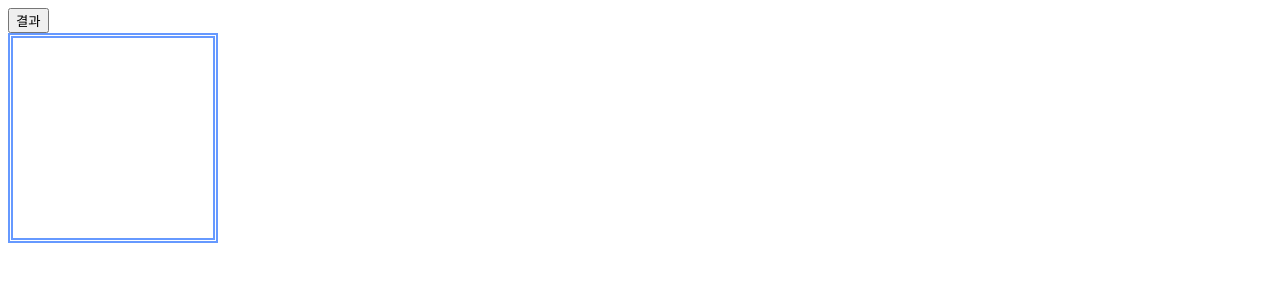
Repository: Tak-kuen/18-2
Page: http://localhost/studyjsp/ajax/jQTest8.jsp
An editor plug-in stored every save of this project. The page is shown before and after the next save, followed by the edit.
The browser window is 1280 px wide. The pictures show the whole page.
After loading, the first visible `#b1` was clicked once.
The page is served by Tomcat 9.

Above is the page before, as saved 2018-10-25 01:37:03.

After the next save:
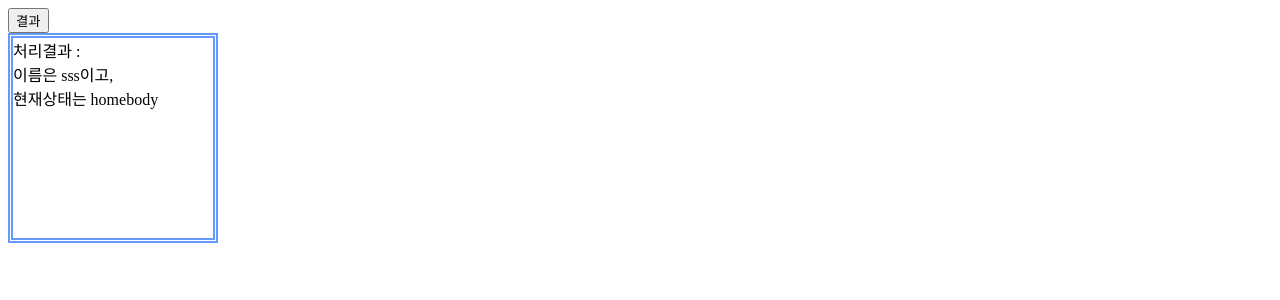
Saved 2 min 1 s later.
--- a/code/studyjsp/WebContent/ajax/jQTest8.jsp
+++ b/code/studyjsp/WebContent/ajax/jQTest8.jsp
@@ -22,7 +22,7 @@
 				type:"POST",
 				url:"process.jsp",
 				data:query,
-				sucess:function(data) {
+				success:function(data) {
 					$("#result").html(data);
 				}
 			});//ajax
